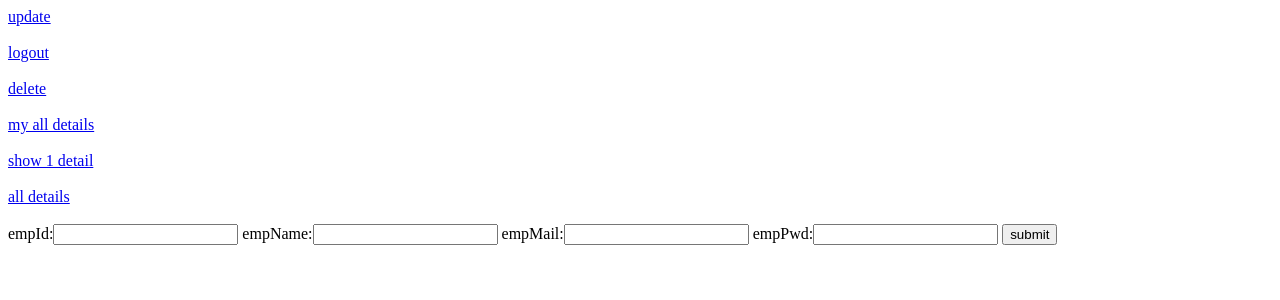
Repository: Tapaskrr/all-project
Page: http://localhost/employeemanagesystem/WEB-INF/views/update.jsp
The author's editor kept a copy of each file at every save. The page is drawn from the files as they stood at one save, then again after the next save.
The browser window is 1280 px wide. The pictures show the whole page.
The page is served by Tomcat 9. Nobody is signed in. Other server files are loaded and not shown. The template is opened directly, without the code that normally fills it, so the values that code supplies are empty.

Above is the page before, as saved 2022-10-25 12:51:53.

### Spring project/employeemanagesystem/src/main/webapp/WEB-INF/views/update.jsp
<%@ page language="java" contentType="text/html; charset=ISO-8859-1"
	pageEncoding="ISO-8859-1"%>
<%@ include file="navbar.jsp"%>
   <% String empId=(String)request.getAttribute("empId"); %>
    <% String empName=(String)request.getAttribute("empName"); %>
    <% String empEmail=(String)request.getAttribute("empEmail"); %>
    <% String empPwd=(String)request.getAttribute("empPwd"); %>
<!DOCTYPE html>
<html>
<head>
<meta charset="ISO-8859-1">
<title>Insert title here</title>
</head>
<body>


<form action="./register" method="post">
empId:<input type="text" name="empId">
empName:<input type="text" name="empName">
empMail:<input type="text" name="empMail">
empPwd:<input type="text" name="empPwd">

<input type="submit" value="submit">

</form>

</body>
</html>

### Spring project/employeemanagesystem/src/main/webapp/WEB-INF/views/navbar.jsp
<%@ page language="java" contentType="text/html; charset=ISO-8859-1"
    pageEncoding="ISO-8859-1"%>
<!DOCTYPE html>
<html>
<head>
<meta charset="ISO-8859-1">
<title>Insert title here</title>
</head>
<body>
<a href="./update">update</a>
<br> <br>
<a href="./logout">logout</a>
<br> <br>
<a href="./delete">delete</a>
<br> <br>
<a href="./myalldetails">my all details</a>
<br> <br>
<a href="./show 1 detail">show 1 detail</a>
<br> <br>
<a href="./show all details">all details</a>
<br> <br>

</body>
</html>

After the next save:
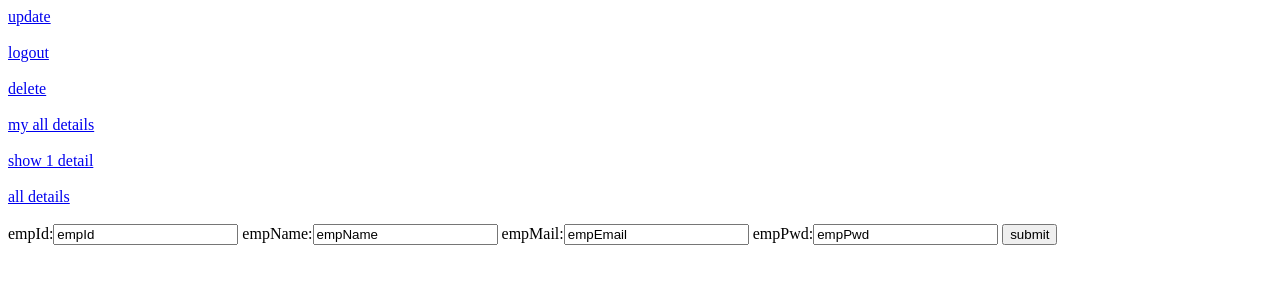
Saved 116 s later.
--- a/Spring project/employeemanagesystem/src/main/webapp/WEB-INF/views/update.jsp
+++ b/Spring project/employeemanagesystem/src/main/webapp/WEB-INF/views/update.jsp
@@ -15,10 +15,10 @@
 
 
 <form action="./register" method="post">
-empId:<input type="text" name="empId">
-empName:<input type="text" name="empName">
-empMail:<input type="text" name="empMail">
-empPwd:<input type="text" name="empPwd">
+empId:<input type="text" value="empId" name="empId">
+empName:<input type="text" value="empName" name="empName">
+empMail:<input type="text" value="empEmail" name="empMail">
+empPwd:<input type="text" value="empPwd" name="empPwd">
 
 <input type="submit" value="submit">
 
